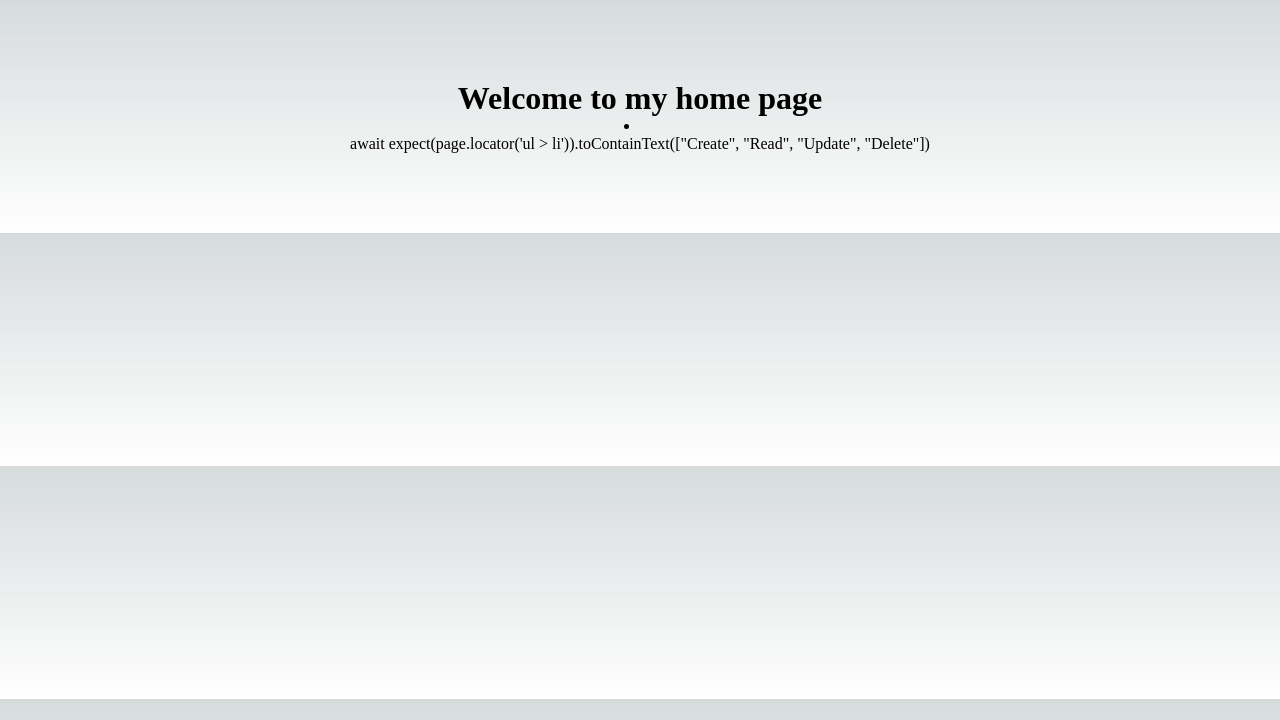
Repository: giovanabirck/class04-playwright
Page: /
The author's editor kept a copy of each file at every save. The page is drawn from the files as they stood at one save, then again after a run of saves.
The browser window is 1280 px wide. The pictures show the whole page.
The project was rebuilt for these pictures with package versions that can differ from the ones it lists, and the page was loaded fresh each time. The framework's server and built-in components were replaced by stand-ins that run in the browser. Also part of the build but not shown: next.config.js.

Above is the page before, as saved 2023-01-26 14:57:36.

After the next 2 saves:
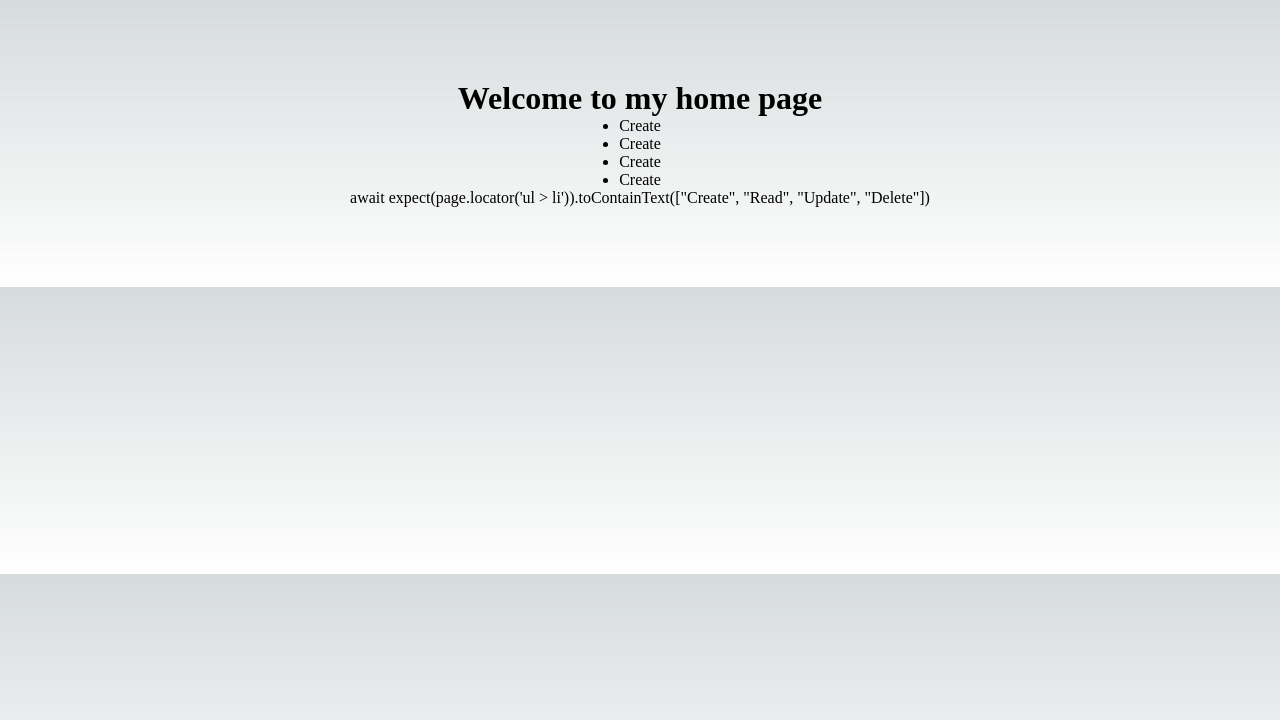
The 2 saves are shown as one change because they came seconds apart.
The last was saved 8 s later.
--- a/pages/index.js
+++ b/pages/index.js
@@ -17,8 +17,10 @@ export default function Home() {
       <main className={styles.main}>
         <h1>Welcome to my home page</h1>
         <ul>
-          <li>
-          </li>
+          <li>Create</li>
+          <li>Create</li>
+          <li>Create</li>
+          <li>Create</li>
         </ul>
         await expect(page.locator('ul > li')).toContainText(["Create", "Read", "Update", "Delete"])
       </main>
